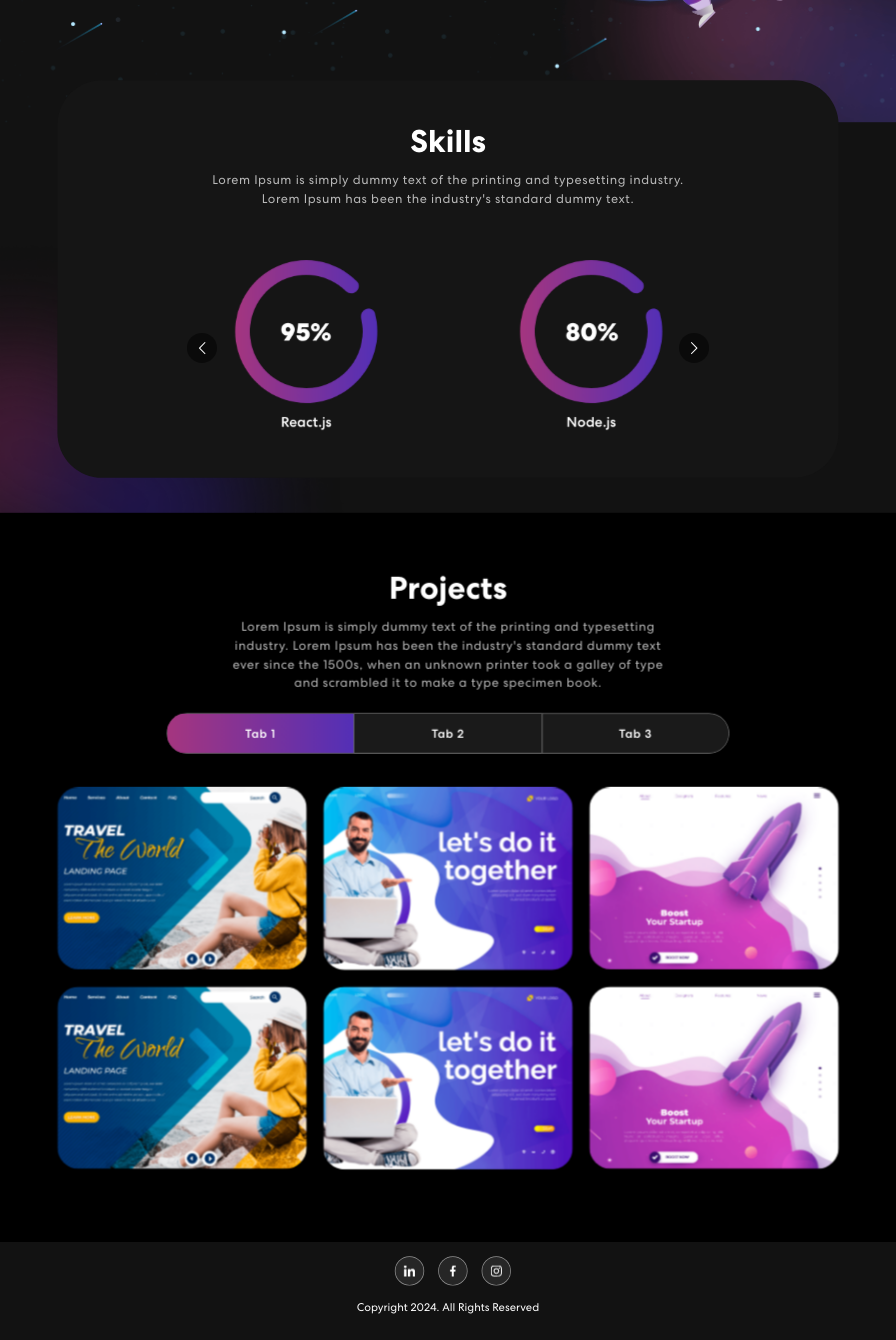
Repository: ChakerChourouk/personal-portfolio
Page: /
The author's editor kept a copy of each file at every save. The page is drawn from the files as they stood at one save, then again after the next save.
The browser window is 1280 px wide. The pictures show the part of the page from y = 591 to 2511 px (the page is 2505 px tall before and 2586 px after), at 70% of full size.
The project was rebuilt for these pictures with package versions that can differ from the ones it lists, and the page was loaded fresh each time. Imported but missing from the stored project, and not drawn on this page: src/components/Contact.

Above is the page before, as saved 2024-09-15 20:24:27.

After the next save:
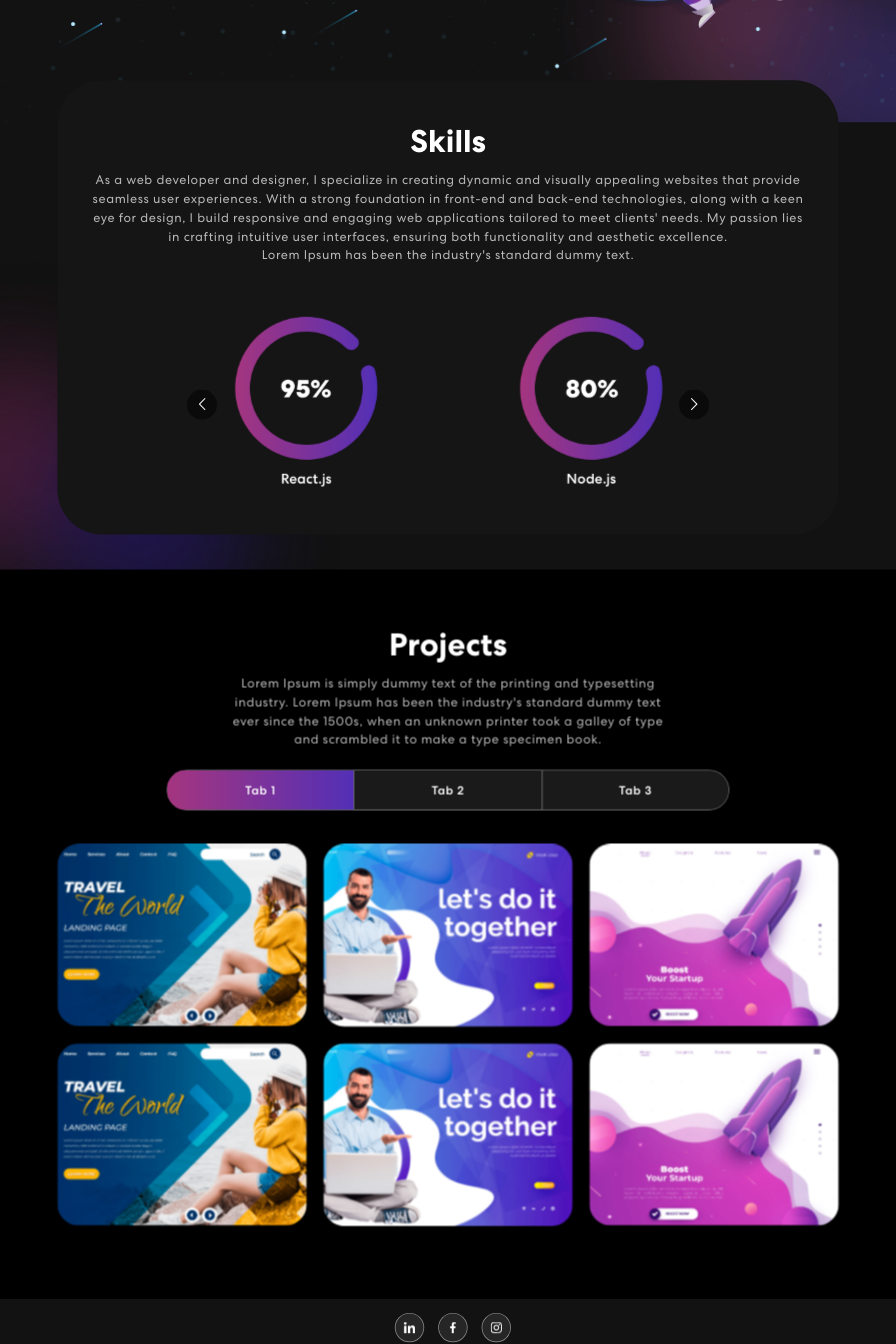
Saved 3 min 15 s later.
--- a/src/components/Skills.js
+++ b/src/components/Skills.js
@@ -35,7 +35,7 @@ export const Skills = () => {
                 <div className="col-12">
                     <div className="skill-bx wow zoomIn">
                         <h2>Skills</h2>
-                        <p>Lorem Ipsum is simply dummy text of the printing and typesetting industry.<br></br> Lorem Ipsum has been the industry's standard dummy text.</p>
+                        <p>As a web developer and designer, I specialize in creating dynamic and visually appealing websites that provide seamless user experiences. With a strong foundation in front-end and back-end technologies, along with a keen eye for design, I build responsive and engaging web applications tailored to meet clients' needs. My passion lies in crafting intuitive user interfaces, ensuring both functionality and aesthetic excellence.<br></br> Lorem Ipsum has been the industry's standard dummy text.</p>
                         <Carousel responsive={responsive} infinite={true} className="owl-carousel owl-theme skill-slider">
                             <div className="item">
                                 <img src={meter1} alt="Image" />
